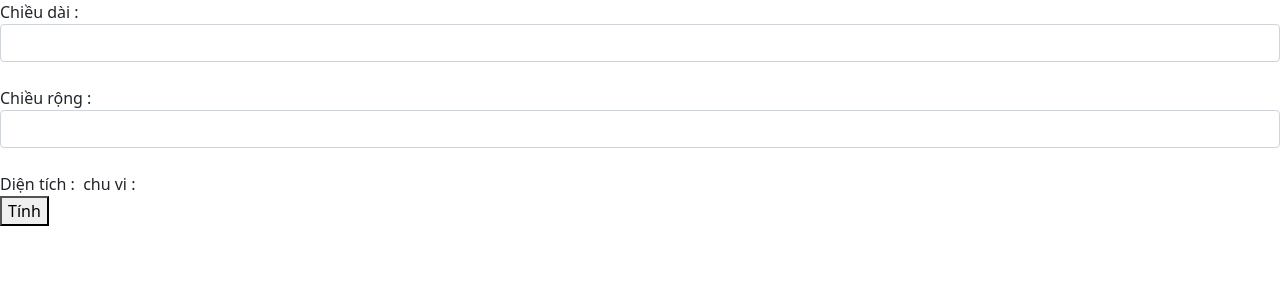
Repository: OanhBuonNgu/Lab4_AngularJS
Page: lab4.4.html
The author's editor kept a copy of each file at every save. The page is drawn from the files as they stood at one save, then again after the next save.
The browser window is 1280 px wide. The pictures show the whole page.

Above is the page before, as saved 2022-07-22 12:58:33.

After the next save:
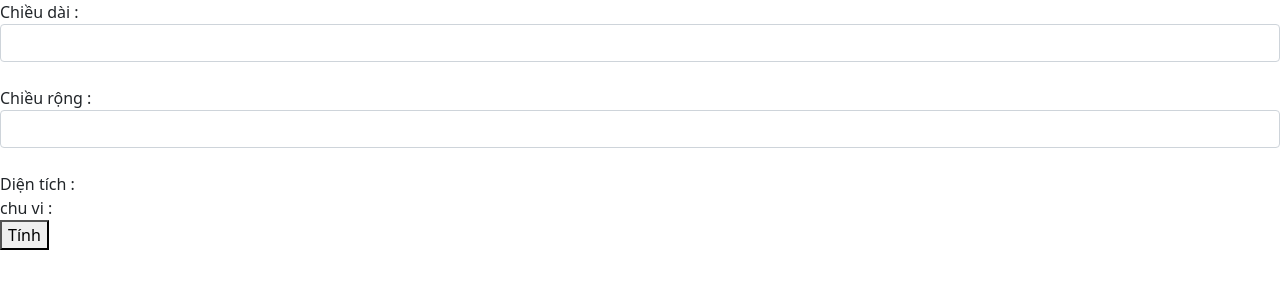
Saved 34 s later.
--- a/lab4.4.html
+++ b/lab4.4.html
@@ -16,7 +16,8 @@
             Chiều dài :
             <input type="text" ng-model="cd" class="form-control" /><br /> Chiều rộng : <input type="text" ng-model="cr" class="form-control" />
             <br /> Diện tích :
-            <label ng-bind="dt"></label> chu vi :
+            <label ng-bind="dt"></label>
+            <br> chu vi :
             <label ng-bind="cv"></label><br />
             <button type="button" ng-click="calculate()">Tính</button>
         </form>
